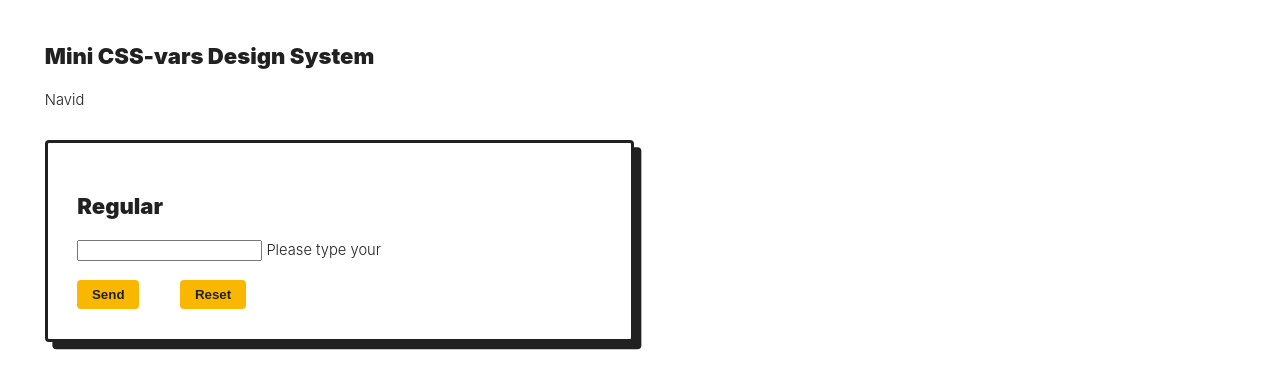
Repository: navid-amini12/capstone-1
Page: quiz.html
These files come from the project's save history. The page is drawn as it stood at one moment and after the next save; the edit follows.
The browser window is 1280 px wide. The pictures show the whole page.
Some web fonts or font styles are not loaded; a fallback is used.

Above is the page before, as saved 2022-05-17 12:24:30.

After the next save:
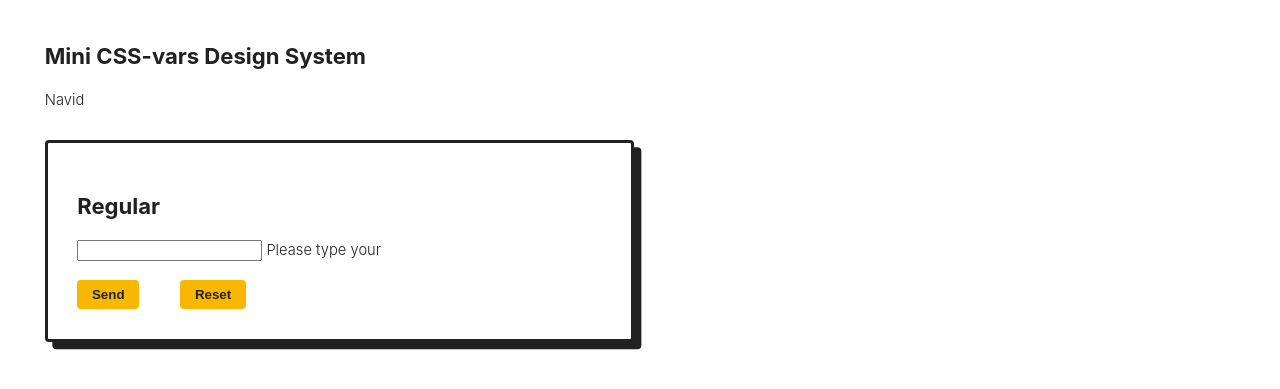
Saved 6 s later.
--- a/quiz.css
+++ b/quiz.css
@@ -22,9 +22,7 @@
   padding: 0 calc(var(--size-bezel) * 3);
 }
 
-h1, h2, h3 {
-  font-weight: 900;
-}
+
 
 mark {
   background: var(--color-accent);
